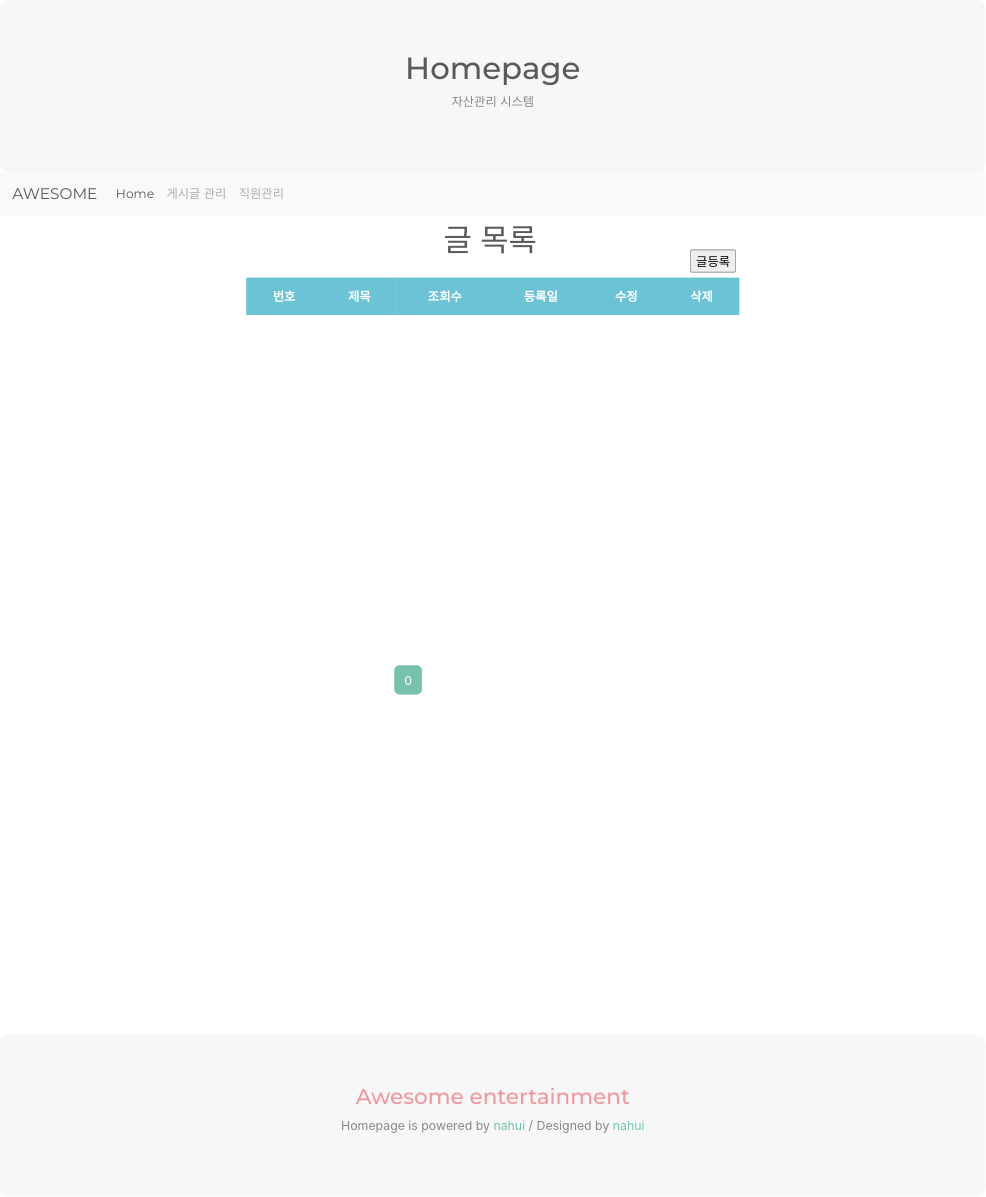
Repository: Nahui068/project1
Page: http://localhost/project1/WEB-INF/views/admin_board.jsp
An editor plug-in stored every save of this project. The page is shown before and after the next save, followed by the edit.
The browser window is 1280 px wide. The pictures show the whole page, at 77% of full size.
The page is served by Tomcat 9. Nobody is signed in. Other server files are loaded and not shown. The template is opened directly, without the code that normally fills it, so the values that code supplies are empty.

Above is the page before, as saved 2021-01-07 05:29:48.

### project1/src/main/webapp/WEB-INF/views/admin_board.jsp
<%@ page language="java" contentType="text/html; charset=UTF-8"
    pageEncoding="UTF-8"%>
<%@ taglib prefix="c" uri="http://java.sun.com/jsp/jstl/core" %>
<%@ taglib prefix="fmt" uri="http://java.sun.com/jsp/jstl/fmt" %>
<%@ include file="/WEB-INF/views/include/admin-header.jsp" %>

<script>

//이전 버튼 이벤트

function fn_prev(page, range, rangeSize) {

		var page = ((range - 2) * rangeSize) + 1;
		var range = range - 1;


		var url =  "${pageContext.request.contextPath}/admin_board";
		url = url + "?page=" + page;
		url = url + "&range=" + range;

		location.href = url;
	}


//페이지 번호 클릭

function fn_pagination(page, range, rangeSize, searchType, keyword) {

		var url = "${pageContext.request.contextPath}/admin_board";
		url = url + "?page=" + page;
		url = url + "&range=" + range;

		location.href = url;

	}

//다음 버튼 이벤트

	function fn_next(page, range, rangeSize) {

		var page = parseInt((range * rangeSize)) + 1;
		var range = parseInt(range) + 1;

		var url =  "${pageContext.request.contextPath}/admin_board";

		url = url + "?page=" + page;
		url = url + "&range=" + range;

		location.href = url;

	}

</script>

<!DOCTYPE html>
<html>
<head>
	<link href="resources/css/bootstrap.min.css" rel="stylesheet" type="text/css">
	<meta charset="UTF-8">
	<title>글 목록</title>
</head>
<body>
	<h1 style="position:absolute; top:40%; left:45%;">글 목록</h1>
	<input type="button" value="글등록" onClick="location.href='/project1/board_form'" style="position:absolute; top:45%; left:70%;">
	<table class="table table-hover" style="position:absolute; top:50%; left:25%; width:50%;">
		<tr class="table-info" style="text-align:center;">
			<th>번호</th>
			<th>제목</th>
			<th>조회수</th>
			<th>등록일</th>
			<th>수정</th>
			<th>삭제</th>
		</tr>
	<c:forEach var="list" items="${boardList}">
		<tr class="table-light" style="text-align:center;">
			<td>${list.num}</td>
			<td><a href="/project1/admin_content?num=${list.num}&title=${list.title}">${list.title}</a></td>
			<td>${list.readcount}</td>
			<fmt:formatDate var="dateTempParse" pattern="yyyy-MM-dd" value="${list.reg}"/>
			<td><c:out value="${dateTempParse}"></c:out></td>
			<td><a href="/project1/admin_board_update?num=${list.num}&title=${list.title}">수정</a></td>
			<td><a href="/project1/board_delete?num=${list.num}&title=${list.title}">삭제</a></td>
		</tr>
	</c:forEach>

	</table>

		<ul class="pagination" style="position:absolute; top:120%; left:40%; width:50%;">
			<c:if test="${pagination.prev}">

				<li class="page-item"><a class="page-link" href="#" onClick="fn_prev('${pagination.page}', '${pagination.range}', '${pagination.rangeSize}')">Previous</a></li>

			</c:if>


			<c:forEach begin="${pagination.startPage}" end="${pagination.endPage}" var="idx">

				<li class="page-item <c:out value="${pagination.page == idx ? 'active' : ''}"/> "><a class="page-link" href="#" onClick="fn_pagination('${idx}', '${pagination.range}', '${pagination.rangeSize}')"> ${idx} </a></li>

			</c:forEach>


			<c:if test="${pagination.next}">

				<li class="page-item"><a class="page-link" href="#" onClick="fn_next('${pagination.page}','${pagination.range}', '${pagination.rangeSize}')" >Next</a></li>

			</c:if>

		</ul>
<%@ include file="/WEB-INF/views/include/footer.jsp" %>
</body>
</html>

### project1/src/main/webapp/WEB-INF/views/include/admin-header.jsp
<%@ page language="java" contentType="text/html; charset=UTF-8"
    pageEncoding="UTF-8"%>
<%@ taglib prefix="c" uri="http://java.sun.com/jsp/jstl/core" %>

<!DOCTYPE html>
<html>
<head>
	<meta charset="UTF-8">
	<meta charset="utf-8">
	<meta name="viewport" content="width=device-width, initial-scale=1">
	<!-- CSS -->
	<link rel="stylesheet" href="https://maxcdn.bootstrapcdn.com/bootstrap/4.1.3/css/bootstrap.min.css">
	<!-- JS -->
	<script src="https://ajax.googleapis.com/ajax/libs/jquery/3.3.1/jquery.min.js"></script>
	<script src="https://cdnjs.cloudflare.com/ajax/libs/popper.js/1.14.3/umd/popper.min.js"></script>
	<script src="https://maxcdn.bootstrapcdn.com/bootstrap/4.1.3/js/bootstrap.min.js"></script>


</head>
<body>
	<div class="jumbotron text-center mb-0">
		<h1>Homepage</h1> <p>자산관리 시스템</p>
	</div>
	<nav class="navbar navbar-expand-lg navbar-light bg-light">
  <a class="navbar-brand" href="/project1/board_select">AWESOME</a>
  <button class="navbar-toggler" type="button" data-toggle="collapse" data-target="#navbarColor03" aria-controls="navbarColor03" aria-expanded="false" aria-label="Toggle navigation">
    <span class="navbar-toggler-icon"></span>
  </button>

  <div class="collapse navbar-collapse" id="navbarColor03">
    <ul class="navbar-nav mr-auto">
      <li class="nav-item active">
        <a class="nav-link" href="/project1/admin_board">Home
          <span class="sr-only">(current)</span>
        </a>
      </li>
      <li class="nav-item">
        <a class="nav-link" href="/project1/admin_board">게시글 관리</a>
      </li>
      <li class="nav-item">
        <a class="nav-link" href="#">직원관리</a>
      </li>
      <!-- <li class="nav-item dropdown">
        <a class="nav-link dropdown-toggle" data-toggle="dropdown" href="#" role="button" aria-haspopup="true" aria-expanded="false">Dropdown</a>
        <div class="dropdown-menu">
          <a class="dropdown-item" href="#">Action</a>
          <a class="dropdown-item" href="#">Another action</a>
          <a class="dropdown-item" href="#">Something else here</a>
          <div class="dropdown-divider"></div>
          <a class="dropdown-item" href="#">Separated link</a>
        </div>
      </li> -->
    </ul>
 	<c:if test="${sessionScope.id !=null}">
    	 ${sessionScope.id}
    	 <input type="button" value="로그아웃" onclick="location.href='/project1/logout'">
    </c:if>
 </div>

</nav>
</body>
</html>

### project1/src/main/webapp/WEB-INF/views/include/footer.jsp
<%@ page language="java" contentType="text/html; charset=UTF-8"
    pageEncoding="UTF-8"%>
<!DOCTYPE html>
<html>
<head>
<meta charset="UTF-8">
<link href="resources/css/bootstrap.min.css" rel="stylesheet" type="text/css">
<link href="resources/css/style-css.css" rel="stylesheet" type="text/css">
</head>
<body>
<!-- footer -->
<div id="footer" class="jumbotron text-center mt-5 mb-0" style="position:absolute;width:100%; top:180%;">
	<h3 class="text-secondary">Awesome entertainment</h3>
	<p>Homepage is powered by <span class="text-primary">nahui</span> / Designed by <span class="text-primary">nahui</span></p>
</div>

</body>
</html>

### project1/src/main/webapp/resources/css/style-css.css
@charset "UTF-8";

#stu_btn{
	margin-right:20px;
}

#meet_btn{
	margin-left:40px;
}

Loaded but not shown: project1/src/main/webapp/resources/css/bootstrap.min.css (library)

After the next save:
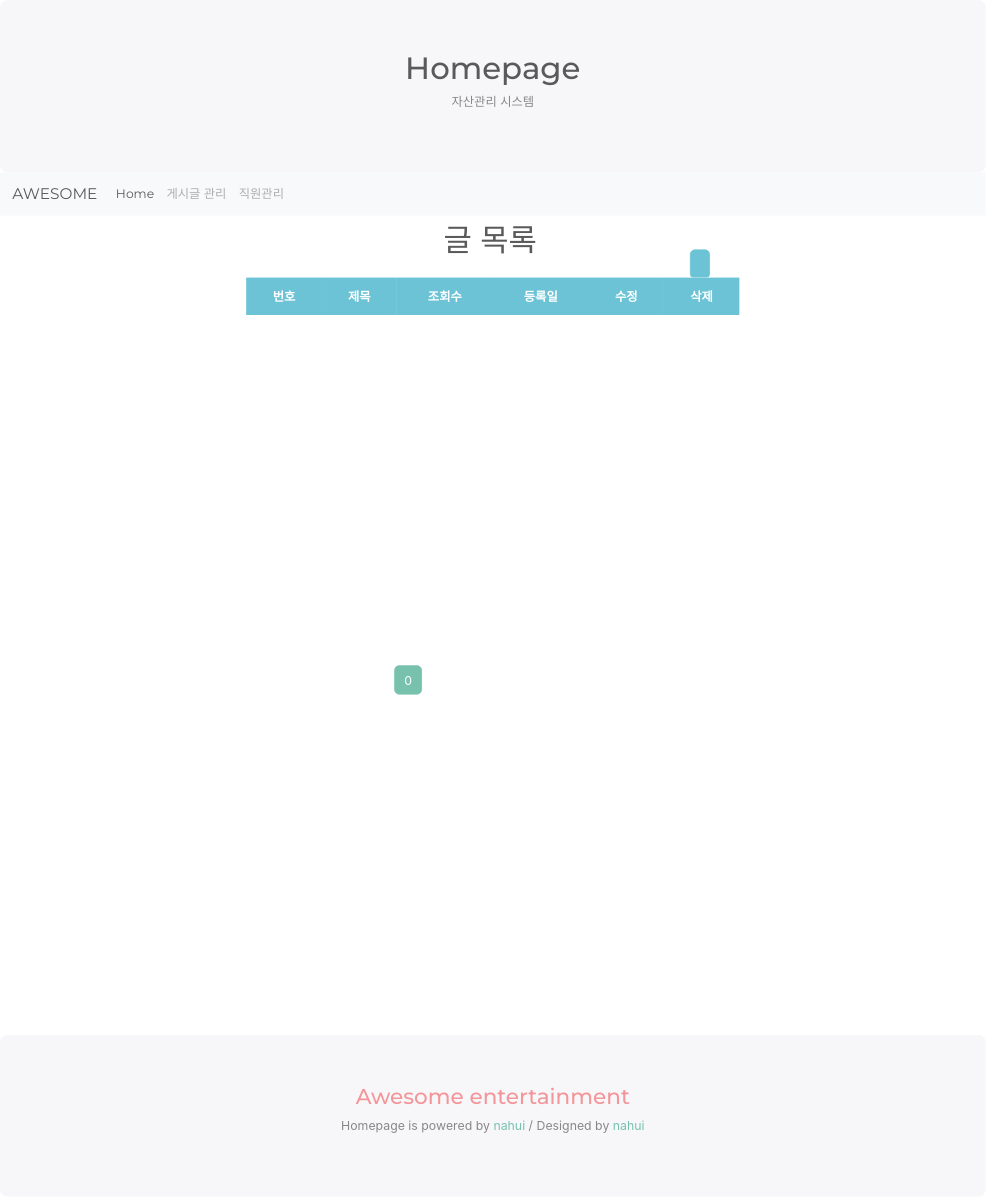
Saved 46 s later.
--- a/project1/src/main/webapp/WEB-INF/views/admin_board.jsp
+++ b/project1/src/main/webapp/WEB-INF/views/admin_board.jsp
@@ -61,7 +61,7 @@
 </head>
 <body>
 	<h1 style="position:absolute; top:40%; left:45%;">글 목록</h1>
-	<input type="button" value="글등록" onClick="location.href='/project1/board_form'" style="position:absolute; top:45%; left:70%;">
+	<input type="button" class="btn btn-info value="글등록" onClick="location.href='/project1/board_form'" style="position:absolute; top:45%; left:70%;">
 	<table class="table table-hover" style="position:absolute; top:50%; left:25%; width:50%;">
 		<tr class="table-info" style="text-align:center;">
 			<th>번호</th>
